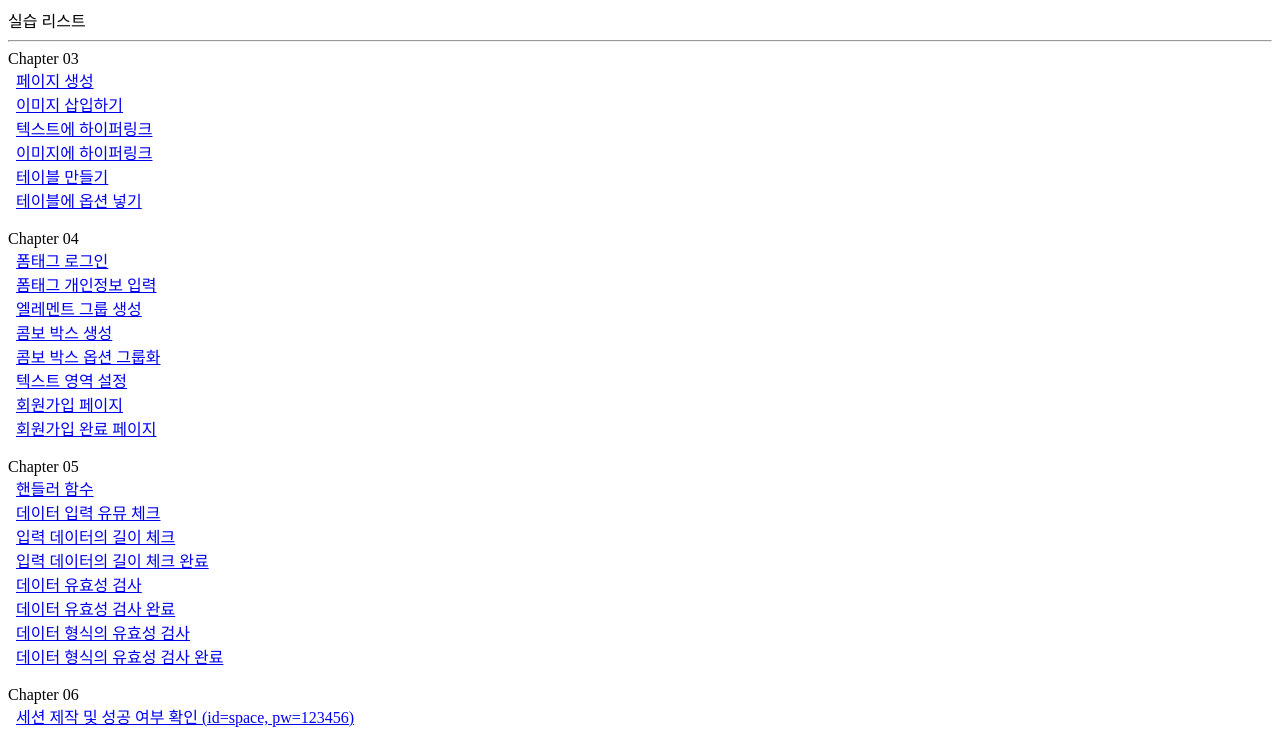
Repository: dhc518/WebProgramming_2023
Page: http://localhost/JSPStudy/List.jsp
These files come from the project's save history. The page is drawn as it stood at one moment and after the next save; the edit follows.
The browser window is 1280 px wide. The pictures show the whole page.
The page is served by Tomcat 9.

Above is the page before, as saved 2023-04-07 05:05:03.

### Project/JSPStudy/src/main/webapp/List.jsp
<%@ page language="java" contentType="text/html; charset=UTF-8"
    pageEncoding="UTF-8"%>
<!DOCTYPE html>
<html>
<head>
<meta charset="UTF-8">
<title>실습 리스트</title>
</head>
<body>
	실습 리스트
	<hr>
	Chapter 03
		<br>&nbsp;	<a href="welcome.jsp" target="_blank">
		페이지 생성</a>
		<br>&nbsp;	<a href="insert_image.jsp" target="_blank">
		이미지 삽입하기</a>
		<br>&nbsp;	<a href="hyperlink_text.jsp" target="_blank">
		텍스트에 하이퍼링크</a>
		<br>&nbsp;	<a href="hyperlink_image.jsp" target="_blank">
		이미지에 하이퍼링크</a>
		<br>&nbsp;	<a href="table_default.jsp" target="_blank">
		테이블 만들기</a>
		<br>&nbsp;	<a href="table_option.jsp" target="_blank">
		테이블에 옵션 넣기</a>
		<br><br>
	Chapter 04
		<br>&nbsp;	<a href="ch04/form_login.jsp" target="_blank">
		폼태그 로그인</a>
		<br>&nbsp;	<a href="ch04/form_input.jsp" target="_blank">
		폼태그 개인정보 입력</a>
		<br>&nbsp;	<a href="ch04/form_element.jsp" target="_blank">
		엘레멘트 그룹 생성</a>
		<br>&nbsp;	<a href="ch04/form_select.jsp" target="_blank">
		콤보 박스 생성</a>
		<br>&nbsp;	<a href="ch04/form_optgroup.jsp" target="_blank">
		콤보 박스 옵션 그룹화</a>
		<br>&nbsp;	<a href="ch04/form_textarea.jsp" target="_blank">
		텍스트 영역 설정</a>
		<br>&nbsp;	<a href="ch04/form_membership01.jsp" target="_blank">
		회원가입 페이지</a>
		<br>&nbsp;	<a href="ch04/form_membership02.jsp" target="_blank">
		회원가입 완료 페이지</a>
		<br><br>
	Chapter 05
		<br>&nbsp;	<a href="ch05/handlerFunction.jsp" target="_blank">
		핸들러 함수</a>
		<br>&nbsp;	<a href="ch05/datainputCheck.jsp" target="_blank">
		데이터 입력 유뮤 체크</a>
		<br>&nbsp;	<a href="ch05/dataLength.jsp" target="_blank">
		입력 데이터의 길이 체크</a>
		<br>&nbsp;	<a href="ch05/dataLength_success.jsp" target="_blank">
		입력 데이터의 길이 체크 완료</a>
		<br>&nbsp;	<a href="ch05/isNaNcheck.jsp" target="_blank">
		데이터 유효성 검사</a>
		<br>&nbsp;	<a href="ch05/isNaNcheck_success.jsp" target="_blank">
		데이터 유효성 검사 완료</a>
		<br>&nbsp;	<a href="ch05/regularExpression.jsp" target="_blank">
		데이터 형식의 유효성 검사</a>
		<br>&nbsp;	<a href="ch05/regularExpression_success.jsp" target="_blank">
		데이터 형식의 유효성 검사 완료</a>
		<br><br>
	Chapter 06
		<br>&nbsp;	<a href="ch06/sessionCreate.jsp" target="_blank">
		세션 제작 및 성공 여부 확인 (id=space, pw=123456)</a>


</body>
</html>

After the next save:
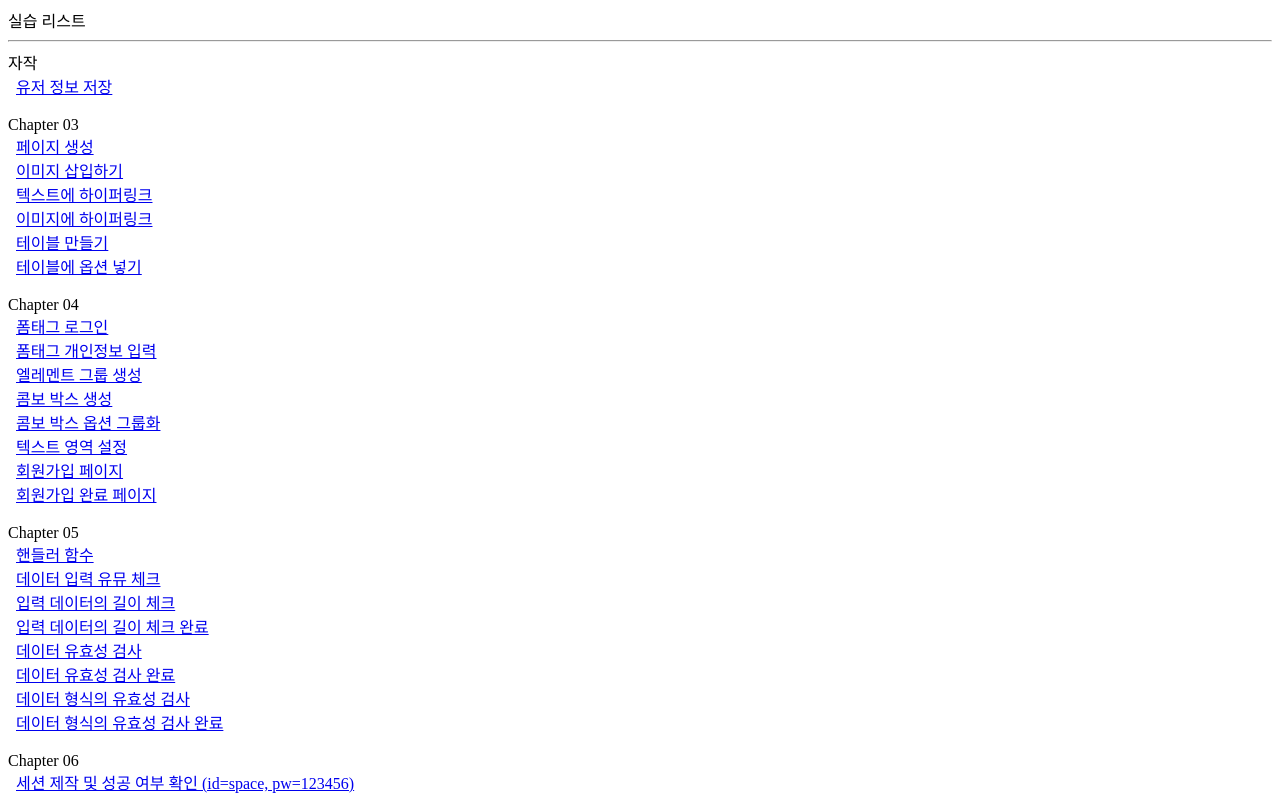
Saved 6 min 35 s later.
--- a/Project/JSPStudy/src/main/webapp/List.jsp
+++ b/Project/JSPStudy/src/main/webapp/List.jsp
@@ -9,6 +9,10 @@
 <body>
 	실습 리스트
 	<hr>
+	자작
+		<br>&nbsp;	<a href="self/write_user.jsp" target="_blank">
+		유저 정보 저장</a>
+		<br><br>
 	Chapter 03
 		<br>&nbsp;	<a href="welcome.jsp" target="_blank">
 		페이지 생성</a>
